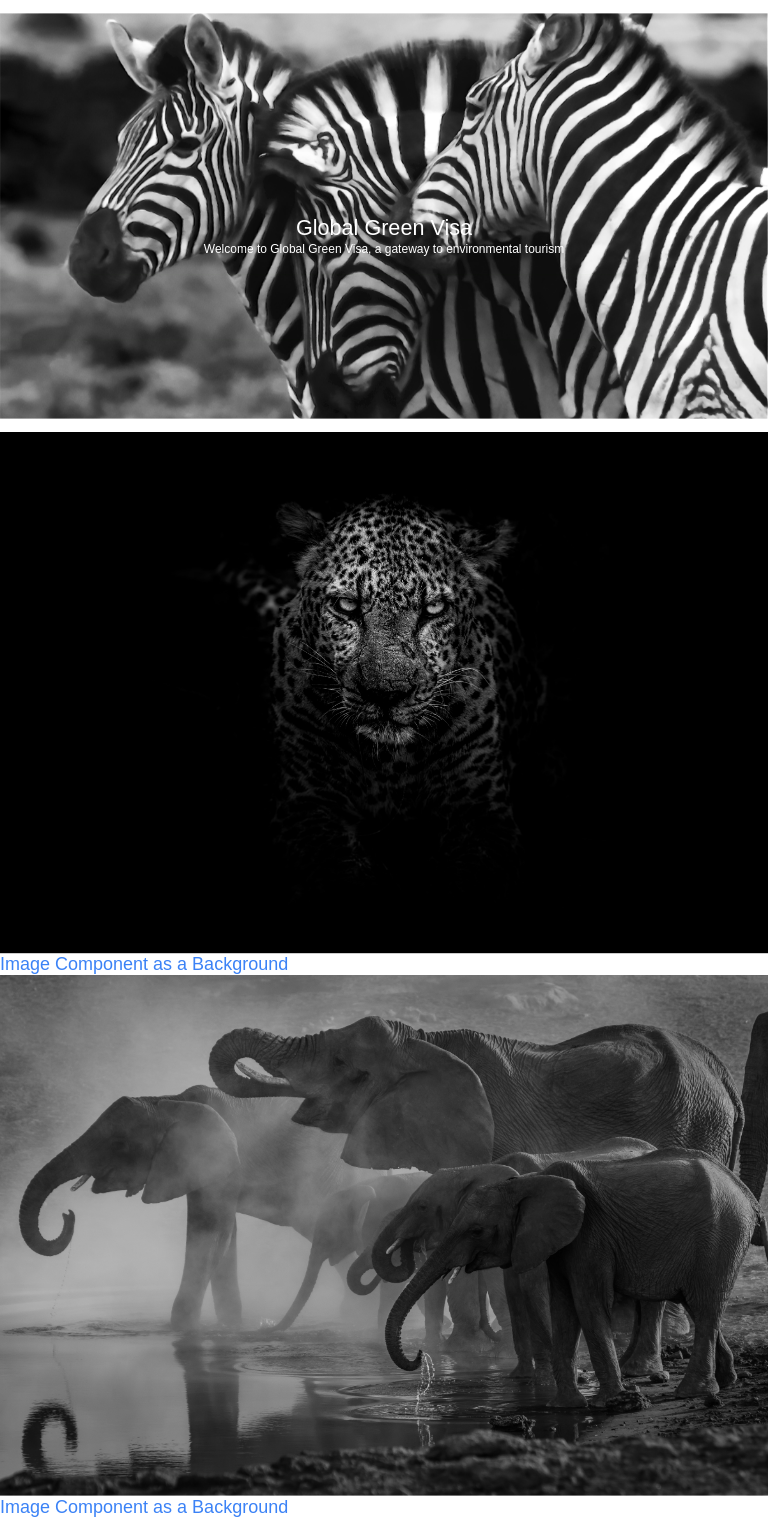
Repository: BrightonMboya/ggv-landingPage
Page: /
An editor plug-in stored every save of this project. The page is shown before and after the next save, followed by the edit.
The browser window is 1280 px wide. The pictures show the whole page, at 60% of full size.
The project was rebuilt for these pictures with package versions that can differ from the ones it lists, and the page was loaded fresh each time. The framework's server and built-in components were replaced by stand-ins that run in the browser. Also part of the build but not shown: next.config.js.

Above is the page before, as saved 2022-06-13 20:26:09.

After the next save:
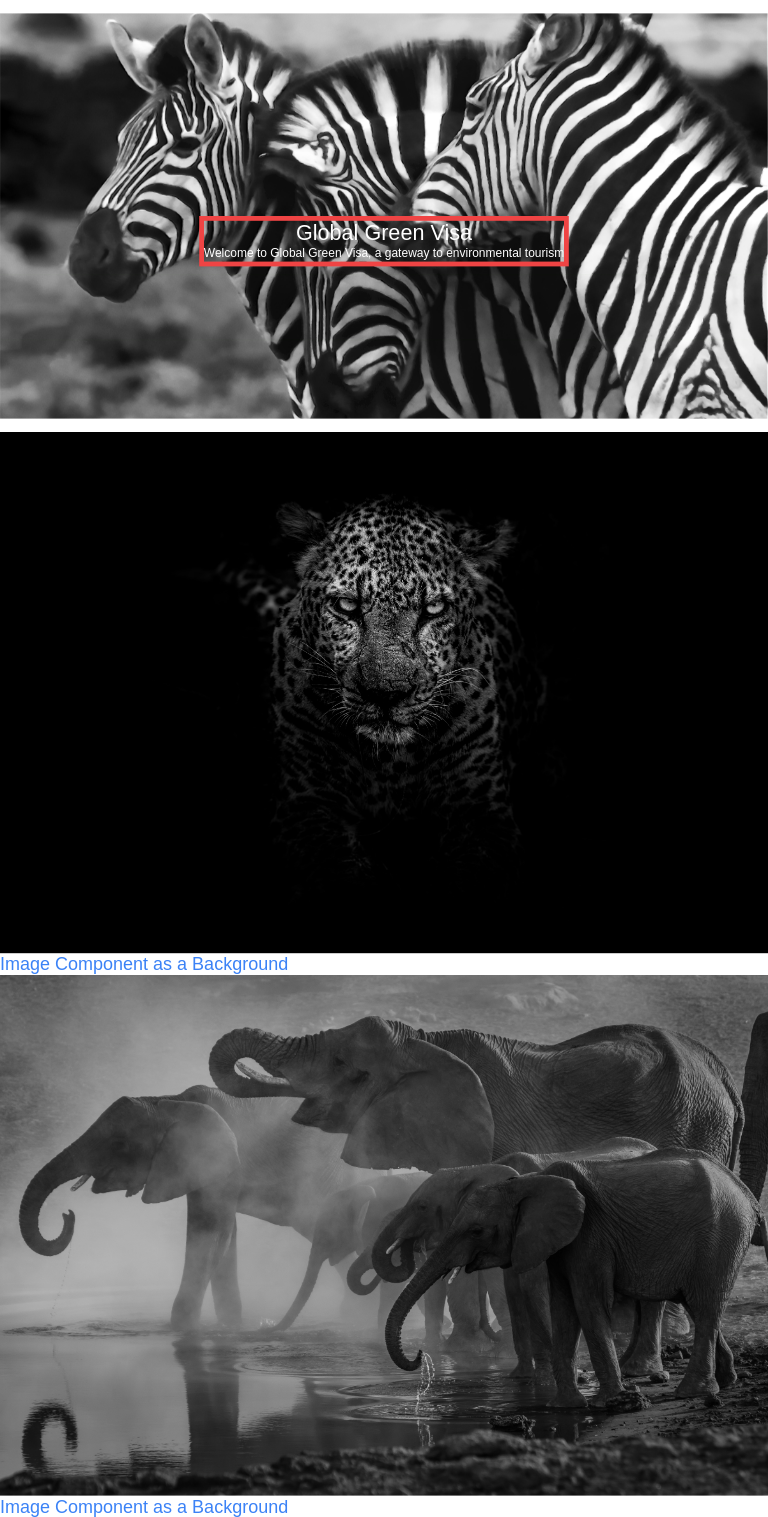
Saved 20 s later.
--- a/pages/HomePage.js
+++ b/pages/HomePage.js
@@ -16,7 +16,7 @@ const HomePage = () => {
         />
       </div>
 
-      <div className="absolute lg:top-[50%] top-0 border-red-500">
+      <div className="absolute lg:top-[50%] top-0 border-red-500 border-8">
         <h2 className="text-white text-4xl text-center">Global Green Visa</h2>
         <p className="text-white text-xl text-center">
           Welcome to Global Green Visa, a gateway to environmental tourism
